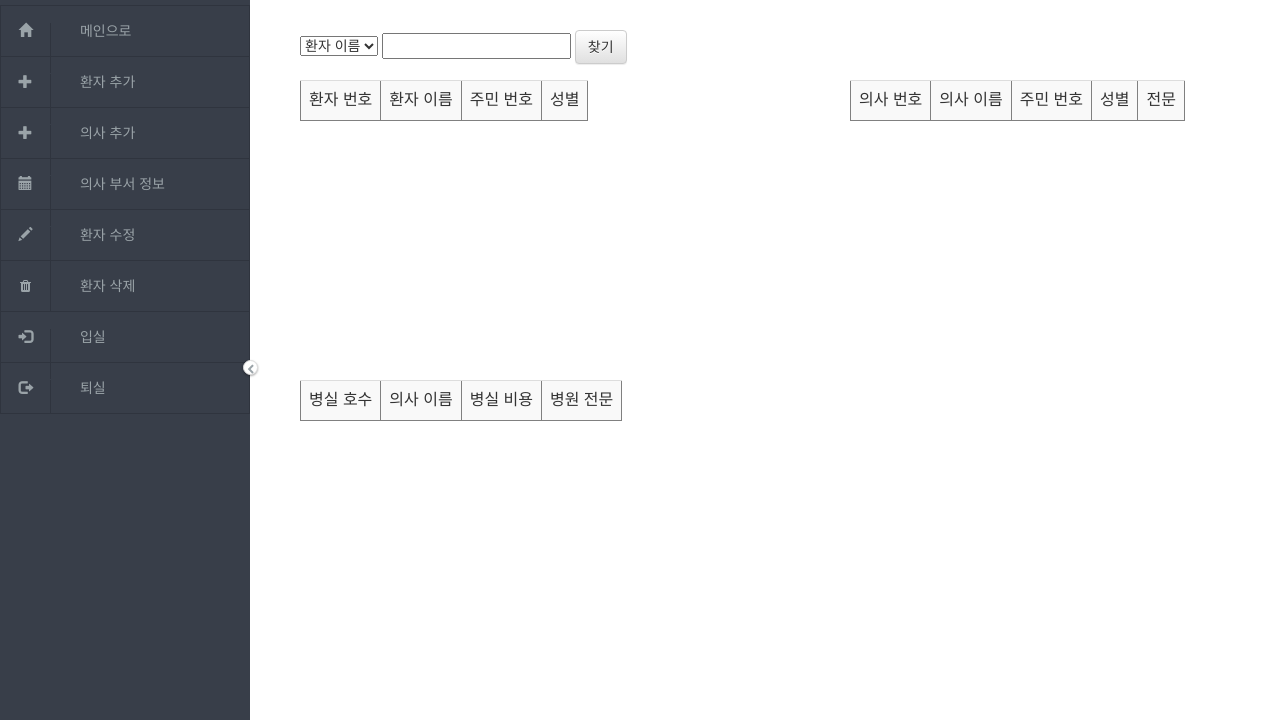
Repository: qaws1134/Hospital_manager
Page: http://localhost/project/main.jsp
The author's editor kept a copy of each file at every save. The page is drawn from the files as they stood at one save, then again after the next save.
The browser window is 1280 px wide. The pictures show the whole page.
Some web libraries are served in a nearby version. The page is served by Tomcat 9. The template is opened directly, without the code that normally fills it, so the values that code supplies are empty.

Above is the page before, as saved 2017-12-09 16:32:40.
Console error (its wording comes from the project's code and is left out).

After the next save:
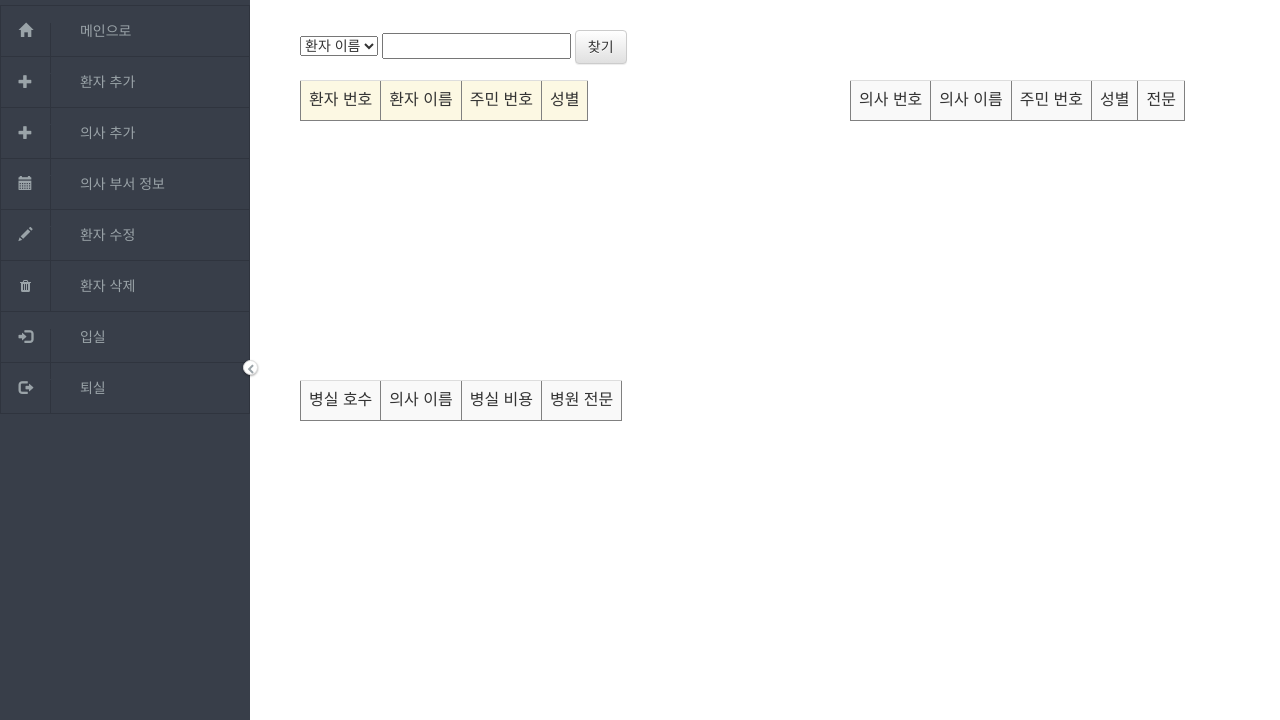
Saved 52 s later.
--- a/project/WebContent/main.jsp
+++ b/project/WebContent/main.jsp
@@ -221,7 +221,7 @@ nav ul li a span {
 <!-- 환자 정보	 -->
 <section style="position:absolute; top:80px;left:300px">
       <table border="1" class="table table-striped">
-      	<tr>
+      	<tr class="warning">
       		<td>환자 번호</td>
       		<td>환자 이름</td>
       		<td>주민 번호</td>
